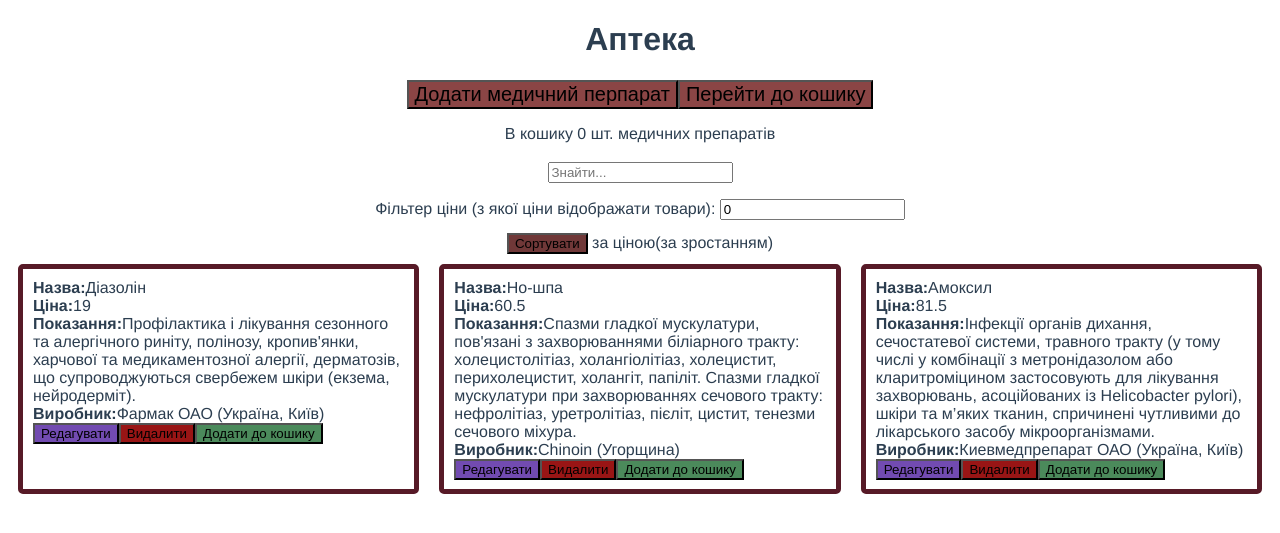
Repository: kristinap8/pharmacy
Page: /
The author's editor kept a copy of each file at every save. The page is drawn from the files as they stood at one save, then again after the next save.
The browser window is 1280 px wide. The pictures show the whole page.
The project was rebuilt for these pictures with package versions that can differ from the ones it lists, and the page was loaded fresh each time. Also part of the build but not shown: src/components/AddMedicineForm/index.vue, src/pages/AddMedicine/index.vue, src/components/EditMedicineForm/index.vue, src/pages/EditMedicine/index.vue, src/components/CartForm/index.vue, src/pages/Cart/index.vue.

Above is the page before, as saved 2020-12-10 11:40:58.

### src/main.js
import Vue from 'vue'
import App from './App.vue'
import router from "./router"
import store from "./store"

Vue.config.productionTip = false

new Vue({
  store,
  router,
  render: h => h(App),
}).$mount('#app')

### src/App.vue
<template>
  <div id="app">
    <router-view/>
  </div>
</template>

<script>
export default {
  name: "App",
  components: {},
};
</script>

<style>
#app {
  font-family: Avenir, Helvetica, Arial, sans-serif;
  -webkit-font-smoothing: antialiased;
  -moz-osx-font-smoothing: grayscale;
  color: #2c3e50;
}
</style>

### src/router.js
import Vue from "vue";
import VueRouter from "vue-router";
import AddMedicine from "@/pages/AddMedicine";
import EditMedicine from "@/pages/EditMedicine";
import AllMedicines from "@/pages/AllMedicines";
import Cart from "@/pages/Cart";

Vue.use(VueRouter);

const routes=[
    {
        path:'/',
        name:'all-medicines',
        component:AllMedicines
    },
    {
        path:'/edit_medicine/:medicine_id',
        name:'edit-medicine',
        component:EditMedicine
    },
    {
        path:'/add_medicine',
        name:'add-medicine',
        component:AddMedicine
    },
    {
        path:'/cart',
        name:'cart',
        component:Cart
    },

]

const router=new VueRouter({
    mode:"history",
    routes
});

export default router;

### src/store/index.js
import Vue from "vue";
import Vuex from "vuex";
import { v4 as uuid_v4 } from 'uuid'

Vue.use(Vuex)
const store=new Vuex.Store({
    state:{
      medicinesList:[
          {
              id:1,
              name:'Но-шпа',
              price:60.5,
              requirements:"Спазми гладкої мускулатури, пов'язані з захворюваннями біліарного тракту: холецистолітіаз, холангіолітіаз, холецистит, перихолецистит, холангіт, папіліт. Спазми гладкої мускулатури при захворюваннях сечового тракту: нефролітіаз, уретролітіаз, пієліт, цистит, тенезми сечового міхура.",
              maker:"Chinoin (Угорщина)"

          },
          {
            id:2,
            name:"Діазолін",
            price:19,
            requirements:"Профілактика і лікування сезонного та алергічного риніту, полінозу, кропив'янки, харчової та медикаментозної алергії, дерматозів, що супроводжуються свербежем шкіри (екзема, нейродерміт).",
            maker:"Фармак ОАО (Україна, Київ)"

        },
        {
            id:3,
            name:"Амоксил",
            price:81.5,
            requirements:"Інфекції органів дихання, сечостатевої системи, травного тракту (у тому числі у комбінації з метронідазолом або кларитроміцином застосовують для лікування захворювань, асоційованих із Helicobacter pylori), шкіри та м’яких тканин, спричинені чутливими до лікарського засобу мікроорганізмами.",
            maker:"Киевмедпрепарат ОАО (Україна, Київ)"

        }
      ],
      cart:[],
      cartItemsCount:0
    },
    mutations:{
        addMedicine(state, data) {
            state.medicinesList.push({
             id: uuid_v4(),
             ...data,
           })
         },
         deleteMedicine(state,id){
             let medicines=state.medicinesList.filter(medicine=>medicine.id!=id)
             state.medicinesList=medicines;
         },
         editMedicine(state,medicine){
             state.medicinesList.forEach(m=>{
                 if(m.id==medicine.id){
                     m=medicine;
                 }
             } )
         },
         addToCart(state,medicine){
            let isMedicineExists=state.cart.find(m => m.id == medicine.id);

            if (isMedicineExists) {
                isMedicineExists.quantity ++;
                isMedicineExists.totalPrice = (isMedicineExists.quantity * isMedicineExists.price).toFixed(2);
            } else {
                state.cart.push(medicine);

                Vue.set(medicine, 'quantity', 1);
                Vue.set(medicine, 'totalPrice', medicine.price);
            }
             state.cartItemsCount++
         },
         deleteItemFromCart(state,medicine){
            let index = state.cart.indexOf(medicine);
            if (index > -1) {
                let item= state.cart[index];
                if(item.quantity>1)
                {
                    state.cartItemsCount--;
                    item.quantity--;
                    item.totalPrice-=item.price;
                }
                else{
                    state.cartItemsCount -= item.quantity;
                    state.cart.splice(index, 1);
                }

            }
         }
    },
    actions:{
        addMedicine({ commit }, medicine) {
            commit('addMedicine', medicine)
         },
          deleteMedicine({commit},id){
              commit('deleteMedicine',id)
          },
          editMedicine({commit},medicine){
              commit('editMedicine',medicine)
          },
          addToCart({commit},medicine){
              commit('addToCart',medicine)
          },
          deleteItemFromCart({commit},medicine){
              commit("deleteItemFromCart",medicine)
          }

    },
    getters:{
        getMedicines:(state)=> state.medicinesList,
        getMedicineById:(state)=>(id)=>{return state.medicinesList.find(m=>m.id===id)},
        getMedicinesInCart:(state)=>state.cart,
     },
    modules:{

    }
})

export default store

### src/pages/AllMedicines/index.vue
<template>
    <div>
        <h1 class="header">Аптека</h1>
        <div class='btns'>
        <router-link to="/add_medicine" tag="button" class='add-btn'>Додати медичний перпарат</router-link>
        <router-link to="/cart" tag="button" class='cart-btn'>Перейти до кошику</router-link>
        </div>
        <p class="cart-count">В кошику {{this.$store.state.cartItemsCount}} шт. медичних препаратів</p>
     <medicines-list/>
    </div>
</template>

<script>

import MedicinesList from "../../components/MedicinesList"
    export default {
        name:"AllMedicine",
        components: {
            MedicinesList,
        },

    }
</script>

<style lang="scss" scoped>
 .header{
      text-align: center;
  }
  .cart-count{
   text-align: center;
  }
  .btns{
      text-align: center;
  }
  .add-btn{
      background:rgb(139, 69, 69);
      font-size:20px;
  }
  .cart-btn{
      background:rgb(139, 69, 69);
      font-size:20px;
  }
</style>

### src/components/MedicinesList/index.vue
<template>
    <div>
        <div class="search-filter">
          <input type="text" placeholder="Знайти..." v-model="search"/><br/>
        </div>
        <div class="price-filter">
          <label>
          Фільтер ціни (з якої ціни відображати товари):
          <input type="number" v-model="price"/>
          </label>
        </div>
        <div class="sort">
              <button id="s" @click="sortByPrice">Сортувати</button>
                за ціною({{sortP}})
        </div>
    <div class="list-container">
    <medicine-card
    v-for="medicine in filteredMedicines"
    :key="medicine.id"
    :id="medicine.id"
    :name="medicine.name"
    :price="medicine.price"
    :requirements="medicine.requirements"
    :maker="medicine.maker"
    />
     </div>
    </div>
</template>

<script>
import { mapGetters } from 'vuex'
import MedicineCard from "./MedicineCard"
    export default {
        name:"MedicinesList",
        data() {
            return {
                search:"",
                price:0,
                sortByPriceDir:true,
                sortP:'за зростанням',

            }
        },
        components: {
        MedicineCard,
        },
        computed: {
            ...mapGetters(['getMedicines']),
            filteredMedicines() {
           var filtered=this.getMedicines
             .filter((m) => {
              return (
              m.name.toLowerCase().includes(this.search.toLowerCase()) ||
              m.maker.toLowerCase().includes(this.search.toLowerCase()) ||
              m.requirements.toLowerCase().includes(this.search.toLowerCase())||
              m.price==Number(this.search)
            );})
            .filter((m)=>{
                return(
                   m.price >= Number(this.price)
                )
            })
            if(this.sortByPriceDir){
                 var sorted=filtered.sort(function(a,b){return a.price - b.price;})
            }
            else{
                sorted=sorted.reverse()
            }
            return sorted
           }
           },
            methods: {
                sortByPrice() {
                     this.sortByPriceDir = !this.sortByPriceDir
                     if(this.sortByPriceDir)
                     this.sortP = "за зростанням"
                     else
                     this.sortP = "за спаданням"
                     }
                   }

            }

//var sortByName = function (d1, d2) {return (d1.name.toLowerCase() > d2.name.toLowerCase()) ? 1 : -1;};
//;
</script>

<style lang="scss" scoped>
  .list-container{
      display: flex;
  }
  .search-filter{
      text-align: center;
      margin:10px;
      padding: 3px;
  }
  .price-filter{
      text-align: center;
      margin:10px;
      padding: 3px;
  }
  .sort{
      text-align: center;
  }
  #s{
      background:rgb(112, 56, 56);
  }
</style>

### src/components/MedicinesList/MedicineCard/index.vue
<template>
    <div class="card-container">
    <div><b>Назва:</b>{{name}}</div>
    <div><b>Ціна:</b>{{price}}</div>
    <div><b>Показання:</b>{{requirements}}</div>
    <div><b>Виробник:</b>{{maker}}</div>
    <button @click="onEditMedicine" class="edit-btn">Редагувати</button>
    <button @click="onDeleteMedicine(id)" class="delete-btn">Видалити</button>
    <button @click="onAddToCart({id,name,price,requirements,maker})" class="add-btn">Додати до кошику</button>
    </div>
</template>

<script>
import { mapActions } from 'vuex'
  export default {
        name:"MedicineCard",
        props: {
            id: {
                type: [String,Number],
                required:true,
            },
            name: {
                type: String,
                default:"Назва препарату не вказана"
            },
            price:{
                type:[String,Number],
                default:0
            },
            requirements:{
                type:String,
                default:"Показань до застосування не вказано"
            },
            maker:{
                type:String,
                default:"Виробника не вказано"
            }

        },
        methods: {
            onDeleteMedicine(id) {
                this.$store.dispatch("deleteMedicine",id)
             },
            onEditMedicine(){
                this.$router.push({
                    name:'edit-medicine',
                    params:{medicine_id:this.id}
                })
            },
            ...mapActions(['addToCart']),
            onAddToCart(item){
                this.$store.dispatch('addToCart',item)
            }
        },
    }
</script>

<style lang="scss" scoped>
.card-container{
  width: 400px;
  height: 200px;
  border: 5px solid rgb(87, 26, 39);
  border-radius: 5px;
  padding: 10px;
  margin: 10px;
  text-align: left;
}
.add-btn{
    background:rgb(75, 138, 91)
}
.edit-btn{
    background:rgb(114, 75, 177)
}
.delete-btn{
    background:rgb(153, 21, 21)
}
</style>

Loaded but not shown: public/index.html (common file)

After the next save:
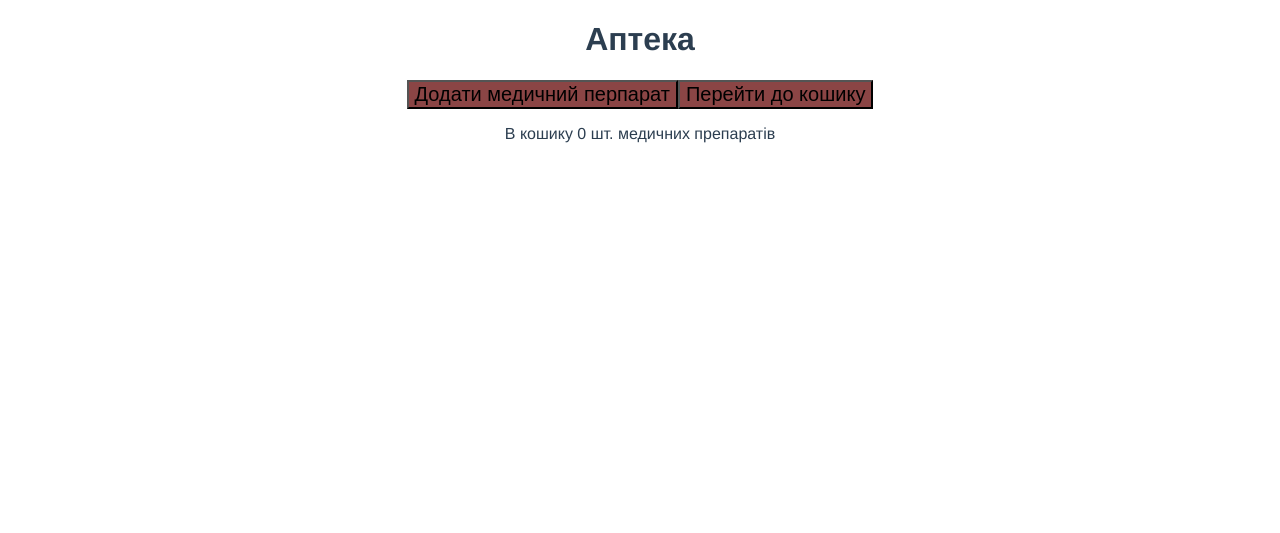
Saved 27 s later.
--- a/src/components/MedicinesList/index.vue
+++ b/src/components/MedicinesList/index.vue
@@ -60,7 +60,7 @@ import MedicineCard from "./MedicineCard"
                    m.price >= Number(this.price)
                 )
             })
-            if(this.sortByPriceDir){
+            if(!this.sortByPriceDir){
                  var sorted=filtered.sort(function(a,b){return a.price - b.price;})
             }
             else{

After the save that followed:
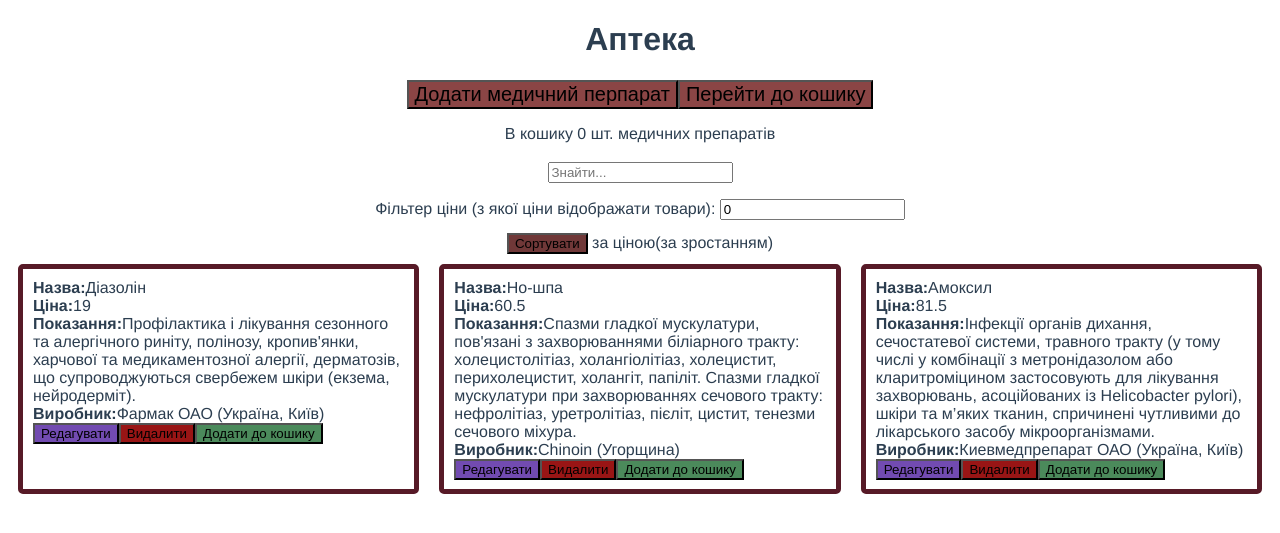
Saved 24 s later.
--- a/src/components/MedicinesList/index.vue
+++ b/src/components/MedicinesList/index.vue
@@ -64,7 +64,7 @@ import MedicineCard from "./MedicineCard"
                  var sorted=filtered.sort(function(a,b){return a.price - b.price;})
             }
             else{
-                sorted=sorted.reverse()
+                var sorted=filtered.sort(function(a,b){return a.price - b.price;})
             }
             return sorted
            }
